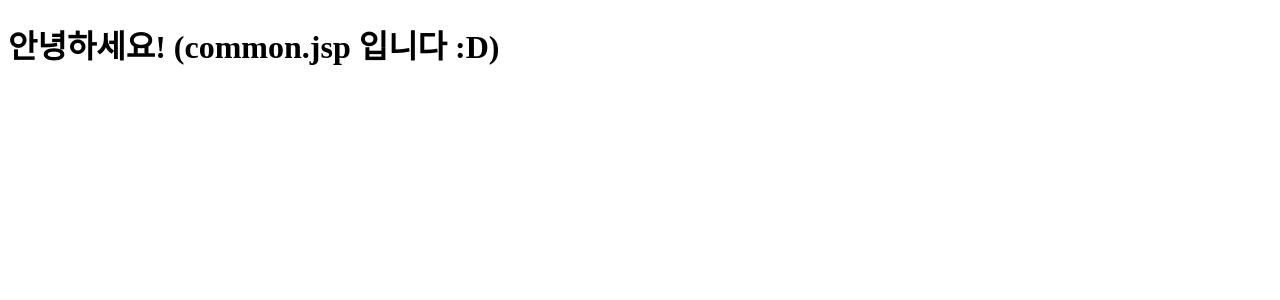
Repository: sonchanmi/JSP
Page: http://localhost/chap02-el-jstl/views/action/testAction.jsp
These files come from the project's save history. The page is drawn as it stood at one moment and after the next save; the edit follows.
The browser window is 1280 px wide. The pictures show the whole page.
The page is served by Tomcat 10.

Above is the page before, as saved 2024-06-10 03:09:26.

After the next save:
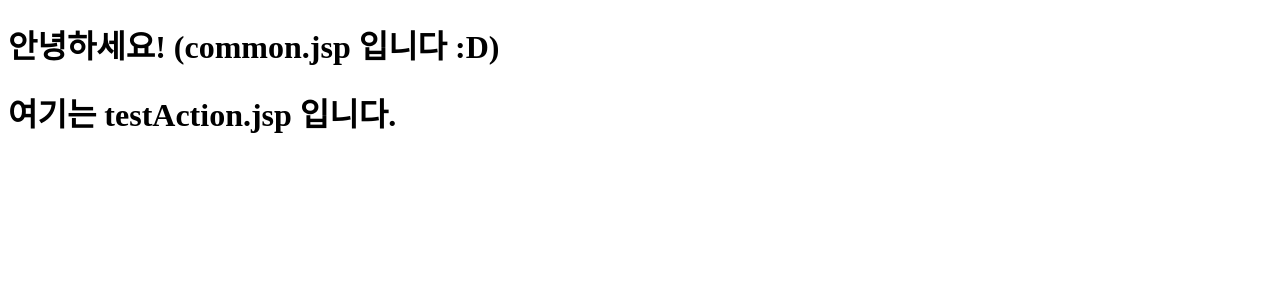
Saved 5 min 22 s later.
--- a/chap02-el-jstl/src/main/webapp/views/action/testAction.jsp
+++ b/chap02-el-jstl/src/main/webapp/views/action/testAction.jsp
@@ -7,6 +7,12 @@
 <title>JSP Action Tag</title>
 </head>
 <body>
-    <%@ include file="common.jsp" %>
+   <%--  <%@ include file="common.jsp" %> --%>
+   <jsp:include page="common.jsp"/>
+   <h1>여기는 testAction.jsp 입니다.</h1>
+
+
+
+
 </body>
 </html>
